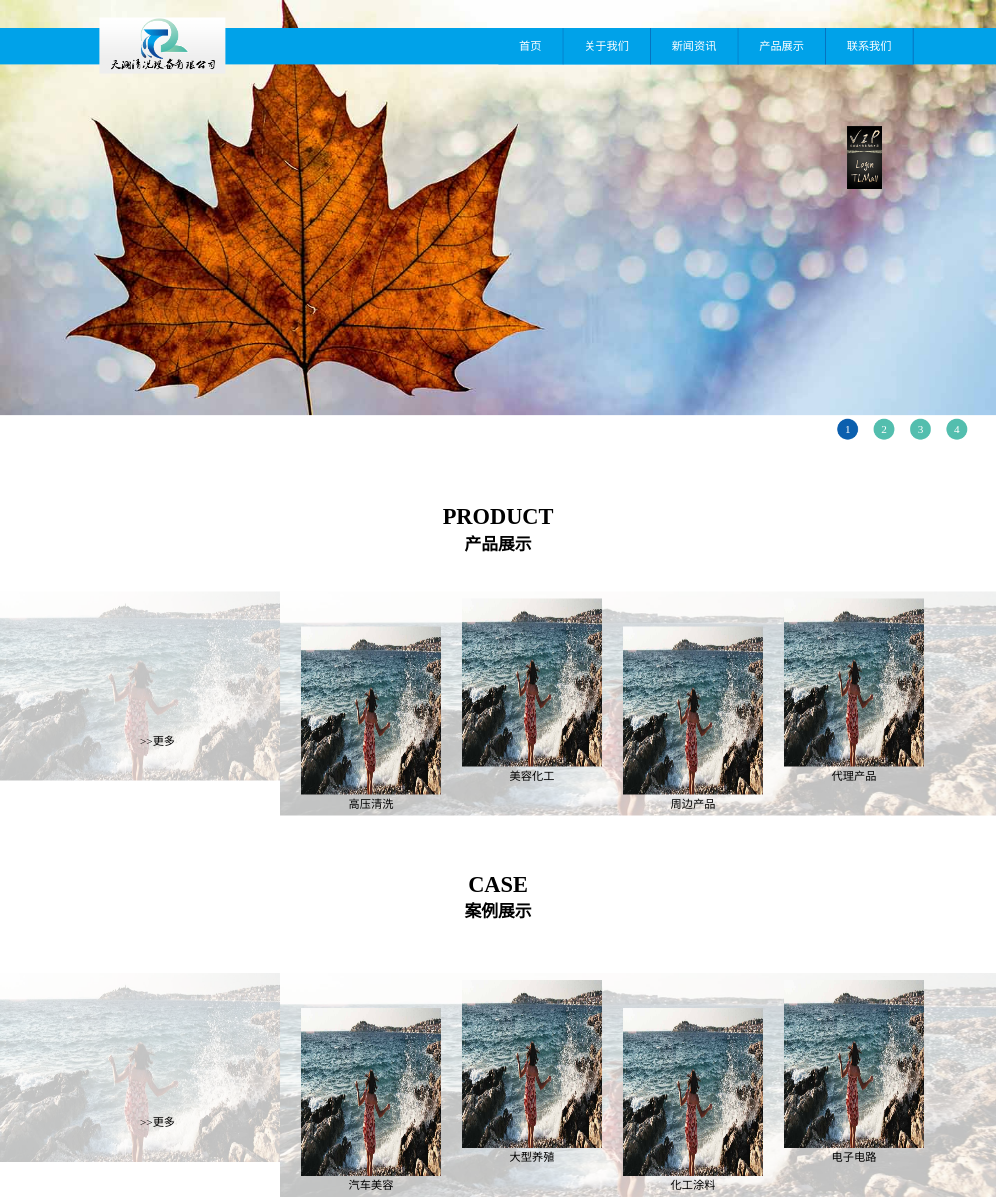
Repository: LansV/web
Page: tlweb/WebContent/index.html
The author's editor kept a copy of each file at every save. The page is drawn from the files as they stood at one save, then again after the next save.
The browser window is 1280 px wide. The page is 1423 px wide, so the pictures cover 1423 px, including what lies to the right of the window. The pictures show the part of the page from y = 0 to 1720 px (the page is 3200 px tall), at 70% of full size.
Some web libraries are served in a nearby version.

Above is the page before, as saved 2017-07-11 04:14:24.

### tlweb/WebContent/index.html
<!DOCTYPE html PUBLIC "-//W3C//DTD XHTML 1.0 Transitional//EN" "http://www.w3.org/TR/xhtml1/DTD/xhtml1-transitional.dtd">
<html xmlns="http://www.w3.org/1999/xhtml">
<head>
<meta http-equiv="Content-Type" content="text/html; charset=utf-8" />
<link rel="stylesheet" type="text/css" href="Css/index.css">
<script type="text/javascript" src="http://ajax.aspnetcdn.com/ajax/jQuery/jquery-1.8.0.js"> </script>
<script type="text/javascript" >
/* var curIndex=0;
//时间间隔(单位毫秒)，每秒钟显示一张，数组共有5张图片放在Photos文件夹下。
//var timeInterval=3000;
var arr=new Array();
arr[0]="pic/1.jpg";
arr[1]="pic/2.jpg";
arr[2]="pic/3.jpg";
arr[3]="pic/4.jpg";
//alert("te");
//初始化定时器
var timer=null;
if(timer){
	clearInterval(timer);
	timer=null;
}
timer = setInterval(autoPlay,2500);
function autoPlay(){
    if (curIndex==arr.length-1)
    {
        curIndex=0;
    }
    else
    {
        curIndex+=1;
    }
    //调用变换处理函数
    changeImg(curIndex);
  }
   // clearInterval(timer);
  //清除定时器时候的重置定时器--封装
/* function autoChangeAgain(){
	var autoChange = setInterval(function(){
    if (curIndex==arr.length-1)
    {
        curIndex=0;
    }
    else
    {
        curIndex+=1;
    }
    //调用变换处理函数
    changeImg(curIndex);
  },2500);

}
function mouseOver(obj)
{
	var num=obj.innerHTML-1;
	var liarr=document.getElementById("indexList").getElementsByTagName("li");
	liarr[curIndex].style.backgroundImage="url(pic/indexbg.png)";
	curIndex=num;
	changeImg(curIndex);
	window.clearInterval(autoChange);
}
function mouseOut()
{
	autoChangeAgain();
}
function changeImg(num)
{
	try{
		var liarr=document.getElementById("indexList").getElementsByTagName("li");
		//alert(liarr[num].innerHTML);
		var n=num-1;
		//removeClass(liarr[num],"indexOn");
        //addClass(liarr[num+1],"indexOn");
		if(n<0){
			n=3;
		}
		liarr[n].style.backgroundImage="url(pic/indexbg.png)";
		liarr[num].style.backgroundImage="url(pic/indexs.png)";
	}catch(err){
		alert(err.message);
	}
    var obj=document.getElementById("obj");
    obj.src=arr[num];

} */
$(document).ready(function(){
	var curIndex=0;
	//时间间隔(单位毫秒)，每秒钟显示一张，数组共有5张图片放在Photos文件夹下。
	//var timeInterval=3000;
	var arr=new Array();
	arr[0]="pic/1.jpg";
	arr[1]="pic/2.jpg";
	arr[2]="pic/3.jpg";
	arr[3]="pic/4.jpg";
	//alert("te");
	//初始化定时器
	var timer=null;
	if(timer){
		clearInterval(timer);
		timer=null;
	}
	timer = setInterval(autoPlay,2500);
	function autoPlay(){
	    if (curIndex==arr.length-1)
	    {
	        curIndex=0;
	    }
	    else
	    {
	        curIndex+=1;
	    }
	    //调用变换处理函数
	    changeImg(curIndex);
	  }
	$("#obj").mouseover(function(){
		//alert("te");
		clearInterval(timer);
	});
	$("#obj").mouseout(function(){
		//alert("te");
		timer = setInterval(autoPlay,2500);
	});
	//alert(arr.length);
	for(var i=0;i<arr.length;i++){
		var li=document.getElementById("indexList").getElementsByTagName("li");
		li[i].onmouseover=function(){
			clearInterval(timer);
			var lit=document.getElementById("indexList").getElementsByTagName("li");
			lit[curIndex].style.backgroundImage="url(pic/indexbg.png)";
			curIndex=$(this).index();
			changeImg($(this).index());
			//alert($(this).index());
		}
		li[i].onmouseout=function(){
			timer = setInterval(autoPlay,2500);
		}
		if(i==0){
			li[i].style.backgroundImage="url(pic/indexs.png)";
		}else{
			li[i].style.backgroundImage="url(pic/indexbg.png)";
		}
	}
	function changeImg(num)
	{
		try{
			var liarr=document.getElementById("indexList").getElementsByTagName("li");
			var n=num-1;
			if(n<0){
				n=3;
			}
			liarr[n].style.backgroundImage="url(pic/indexbg.png)";
			liarr[num].style.backgroundImage="url(pic/indexs.png)";
		}catch(err){
			alert(err.message);
		}
	    var obj=document.getElementById("obj");
	    obj.src=arr[num];
	}
	//alert("te");
});

</script>
<title>天澜公司首页</title>
</head>
<body oncontextmenu=self.event.returnValue=false onselectstart="return false">
    <div id="allcenter" >
    <div id="flo">
       <a href="Login.jsp"><img id="login" src="pic/Login.jpg" /></a>
    </div>
	 <div id="top">
            <img id="obj" src="pic/1.jpg" />
            <div id="cindex">
              <ul id="indexList">
            	<li class="indexOn" >1</li>
                <li>2</li>
                <li>3</li>
                <li>4</li>
              </ul>
            </div>
            <div id="header">
                <ul>
                    <li><a href="">首页</a></li>
                    <li><a href="">关于我们</a></li>
                    <li><a href="">新闻资讯</a></li>
                    <li><a href="">产品展示</a></li>
                    <li><a href="">联系我们</a></li>
                </ul>
            </div>
            <div id="logo">
                <img src="pic/logo.png" />
            </div>
        </div>



        <div id="producttext">
            <div id="centtext">
                <h1>PRODUCT</h1>
                <h2>产品展示</h2>
            </div>
        </div>



        <div id="promain">
          <div id="promore">
            <img class="mimg" src="pic/2.jpg" alt="Pineapple">
            <div id="more" >
            <a href="">>>更多</a>
            </div>
         </div>
         <div id="propic" >
            <img class="mimg" src="pic/2.jpg" alt="Pineapple">
            <div id="zl1">
            <a class="zla" href=""><img class="zlimg" src="pic/2.jpg" alt="Pineapple">高压清洗</a>
            </div>
            <div id="zl2">
            <a class="zla" href=""><img class="zlimg" src="pic/2.jpg" alt="Pineapple">美容化工</a>
            </div>
            <div id="zl3">
            <a class="zla" href=""><img class="zlimg" src="pic/2.jpg" alt="Pineapple">周边产品</a>
            </div>
            <div id="zl4">
            <a class="zla" href=""><img class="zlimg" src="pic/2.jpg" alt="Pineapple">代理产品</a>
            </div>
         </div>
        </div>



        <div id="casetext">
            <div id="centtext">
                <h1>CASE</h1>
                <h2>案例展示</h2>
            </div>
        </div>



        <div id="casemain">
          <div id="promore">
            <img class="mimg" src="pic/2.jpg" alt="Pineapple">
            <div id="more" >
            <a href="">>>更多</a>
            </div>
         </div>
         <div id="propic" >
            <img class="mimg" src="pic/2.jpg" alt="Pineapple">
            <div id="zl1">
            <a class="zla" href=""><img class="zlimg" src="pic/2.jpg" alt="Pineapple">汽车美容</a>
            </div>
            <div id="zl2">
            <a class="zla" href=""><img class="zlimg" src="pic/2.jpg" alt="Pineapple">大型养殖</a>
            </div>
            <div id="zl3">
            <a class="zla" href=""><img class="zlimg" src="pic/2.jpg" alt="Pineapple">化工涂料</a>
            </div>
            <div id="zl4">
            <a class="zla" href=""><img class="zlimg" src="pic/2.jpg" alt="Pineapple">电子电路</a>
            </div>
         </div>
        </div>





         <div id="abouttext">
            <div id="centtext">
                <h1>ABOUT US</h1>
                <h2>关于我们</h2>
            </div>
        </div>





        <div id="aboutmain">
       	 <img class="mimg" src="pic/2.jpg" alt="Pineapple">
            <div id="aboutcompany">
                <div id="more" >
                <a href="">>>更多</a>
                </div>
            	 <img class="nimg" src="pic/2.jpg" alt="Pineapple">
            </div>
            <div id="support">
           		<a  href=""><img class="nimg" src="pic/2.jpg" alt="Pineapple"></a>
            </div>
        </div>




          <div id="conttext">
            <div id="centtext">
                <h1>CONTACT US</h1>
                <h2>联系我们</h2>
            </div>
        </div>


        <div id="contactmain">
        	<div id="contactimg">
            	<img class="mimg" src="pic/2.jpg" alt="Pineapple">
            </div>
        	<div id="contacttext">
                <h3>江门市天澜清洗设备有限公司</h3>
                <br>
                <h5>地址：广东省江门市蓬江区潮连坦边方岳里一巷一号</h5>
                <h5>电话：0750-6223608    传真：0750-6623608</h5>
                <h5>网址：www.jmtlcm.com</h5>
                <h5>邮箱：476394162@qq.com</h5>
            </div>
        </div>



        <div id="foot">
        </div>
    </div>

</body>
</html>

### tlweb/WebContent/Css/index.css
@charset "utf-8";
/* CSS Document */
body {
	margin:0 auto;
	padding:auto;
	text-align:center;

}
#allcenter{
position: relative;
width: 1423px;
 	margin:0 auto;
background-color:#aaa;
	text-align:center;
}
#flo{
	position:fixed;
	top:180px;
	right:20px;
	width:50px;
	height:90px;
	background:#00a2e9;
	z-index:99;
}
#login{
	width:100%;
	height:100%;
}
#logo{
	position: absolute;
	z-index:4;
	top: 25px;
	left: 10%;
	width: 180px;
	height:80px;
	background:#ffffff;
}
#logo img{
	width:100%;
	height:100%;
}
#header{
	position: absolute;
	z-index:3;
	top: 40px;
	width: 1423px;
	min-width:1240px;
	height:52px;
	background:#00a2e9;
}
#header ul{
	float:left;
	padding:0; /* 将默认的内边距去掉 */
	margin:0; /* 将默认的外边距去掉 */
	margin-left:50%;
	list-style:none;
}
#header li{
	float:left;

}
#header li a{
	padding:0; /* 将默认的内边距去掉 */
	margin:0; /* 将默认的外边距去掉 */
	display:block; /* 将链接设为块级元素 */
	padding:0px 30px; /* 设置内边距 */
	line-height:52px;
	background:#00a2e9; /* 设置背景色 */
	text-decoration:none; /* 去掉下划线 */
	border-right:1px solid #0b5fae; /* 在左侧加上分隔线 */
	color:#fff;

}
#header li a:hover {
	background:#53beae; /* 变换背景色 */
	/*color:#fff;  变换文字颜色 */
}
#cindex{
	position: absolute;
	z-index:3;
	top: 650px;
	width: 1423px;
	min-width:1240px;
}
#indexList{
	list-style:none;
	float:right;
	position: absolute;
	right: 20px;
	bottom: 5px;
	z-index: 30
}
#indexList li{
	float: left;
	margin-right: 20px;
	background-image:url(pic/indexbg.png);
	background-size:32px 32px;
	line-height:32px;
	width:32px;
	height:32px;
	cursor: pointer;
	color:#FFF;
}
#indexList .indexOn{
	background-image:url(pic/indexs.png);
}
#top{
	float:left;
	height:650px;
	position: absolute;
	z-index:2;
	top: 0px;
	left: 0px;
	width:1423px;
}
#top img{
	max-width:1423px;
}
#producttext{
	top: 650px;
	position: absolute;
	width:1423px;
	text-align:center;
	z-index:2;
}
#centtext{
	margin:70px;
}
#centtext h1,h2{
	padding:0; /* 将默认的内边距去掉 */
	margin:0; /* 将默认的外边距去掉 */
	display:block; /* 将链接设为块级元素 */
}
#promain{
	top: 845px;
	position: absolute;
	height:320px;
	width:1423px;
	z-index:2;
}
#promore{
	position: absolute;
	height:270px;
	width:400px;
	text-align:left;
	min-width:300px;
	z-index:1;
}
.mimg{
	/*
	-webkit-filter: blur(4px);
    -moz-filter: blur(4px);
    -ms-filter: blur(4px);
    -o-filter: blur(4px);
    filter: blur(4px); */
	height:100%;
	opacity:0.25;
	width:100%;
	position: absolute;
	z-index:1;
}
#more{
	position: absolute;
	top:200px;
	left:200px;
	z-index:3;
}
#more a{
	color:#000;
	text-decoration:none;
}
.zla{
	color:#000;
	text-decoration:none;
}
#propic{
	float:right;
	left:400px;
	position: absolute;
	width:1023px;
	text-align:left;
	min-width:775px;
	height:320px;
	z-index:2;
}
#zl1{
	text-align:center;
	top:50px;
	left:30px;
	position: absolute;
	width:200px;
	height:260px;
	z-index:3;
}
#zl2{
	text-align:center;
	top:10px;
	left:260px;
	position: absolute;
	width:200px;
	height:260px;
	z-index:3;
}
#zl3{
	text-align:center;
	top:50px;
	left:490px;
	position: absolute;
	width:200px;
	height:260px;
	z-index:3;
}
#zl4{
	text-align:center;
	top:10px;
	left:720px;
	position: absolute;
	width:200px;
	height:260px;
	z-index:3;
}
.zlimg{
	width:200px;
	height:240px;
}
#casetext{
	top:1175px;
	position: absolute;
	width:1423px;
}
#casemain{
	top: 1390px;
	text-align:left;
	position: absolute;
	width:1423px;
	height:320px;
}
#abouttext{
	top:1720px;
	position: absolute;
	width:1423px;
	text-align:center;
	z-index:2;
}
#aboutmain{
	top: 1930px;
	position: absolute;
	text-align:left;
	height:350px;
	width:1423px;
	z-index:2;
}
#aboutcompany{
	top:20px;
	left:200px;
	position: absolute;
	text-align:left;
	background:#fff;
	height:310px;
	width:450px;
}
#support{
	top:20px;
	left:800px;
	text-align:left;
	position: absolute;
	background:#fff;
	height:310px;
	width:200px;
	}
#conttext{
	top:2290px;
	position: absolute;
	width:1423px;
	text-align:center;
	z-index:2;
}
#contactmain{
	top: 2500px;
	position: absolute;
	text-align:center;
	height:500px;
	width:1423px;
	z-index:1;
}
.nimg{
	position: absolute;
	height:100%;
	width:100%;
	z-index:1;
}
#contactimg{
	text-align:left;
}
#contacttext{
	position: absolute;
	margin-left:38.6%;
	margin-top:115px;
	z-index:2;
}
#foot{
	top: 3000px;
	position: absolute;
	background:#00a2e9;
	height:200px;
	width:1423px;
	z-index:2;
}

After the next save:
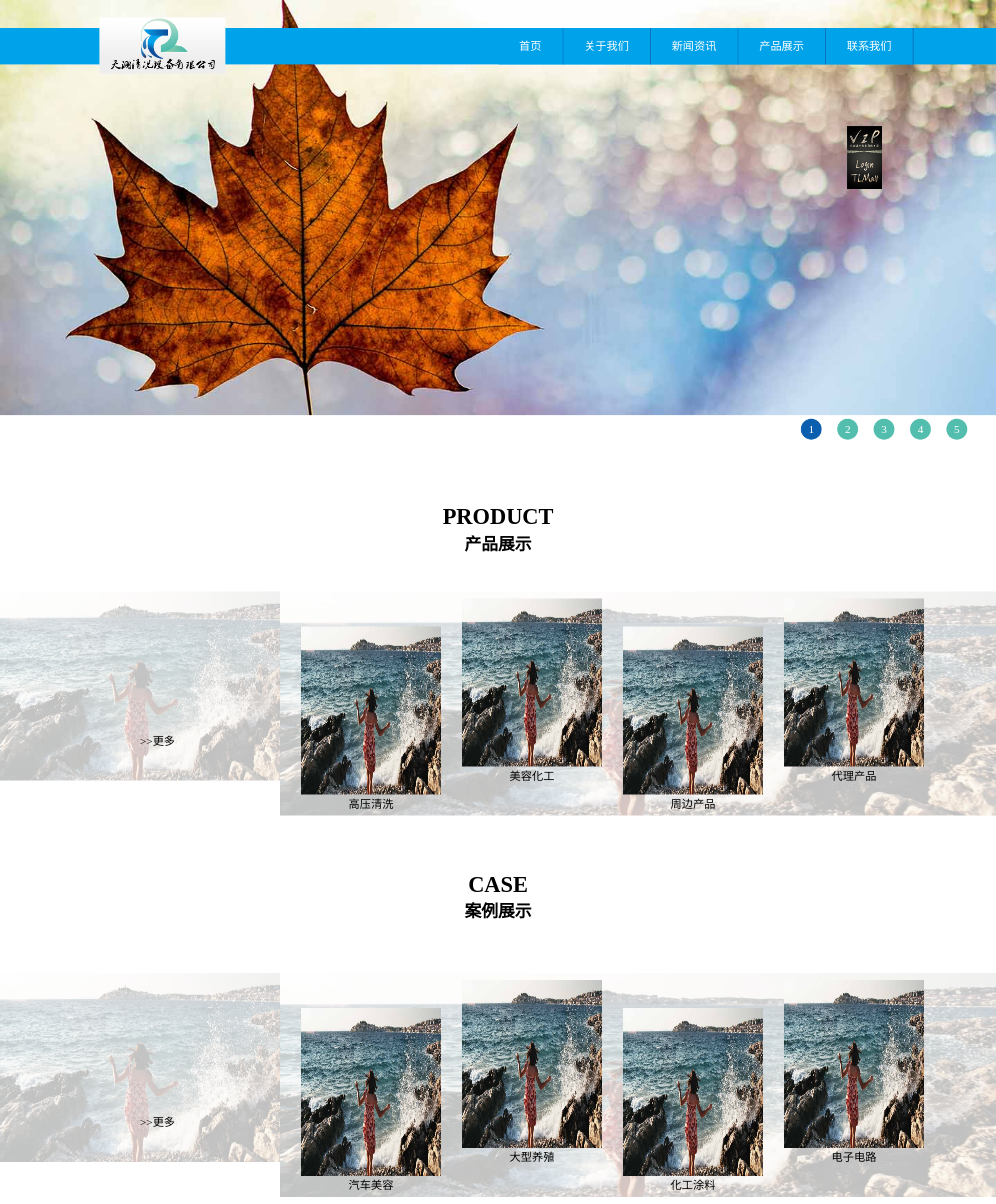
Saved 2 min 42 s later.
--- a/tlweb/WebContent/index.html
+++ b/tlweb/WebContent/index.html
@@ -92,6 +92,7 @@
 	arr[1]="pic/2.jpg";
 	arr[2]="pic/3.jpg";
 	arr[3]="pic/4.jpg";
+	arr[4]="pic/4.jpg";
 	//alert("te");
 	//初始化定时器
 	var timer=null;
@@ -175,6 +176,7 @@
                 <li>2</li>
                 <li>3</li>
                 <li>4</li>
+                <li>5</li>
               </ul>
             </div>
             <div id="header">

After the 4 saves that followed:
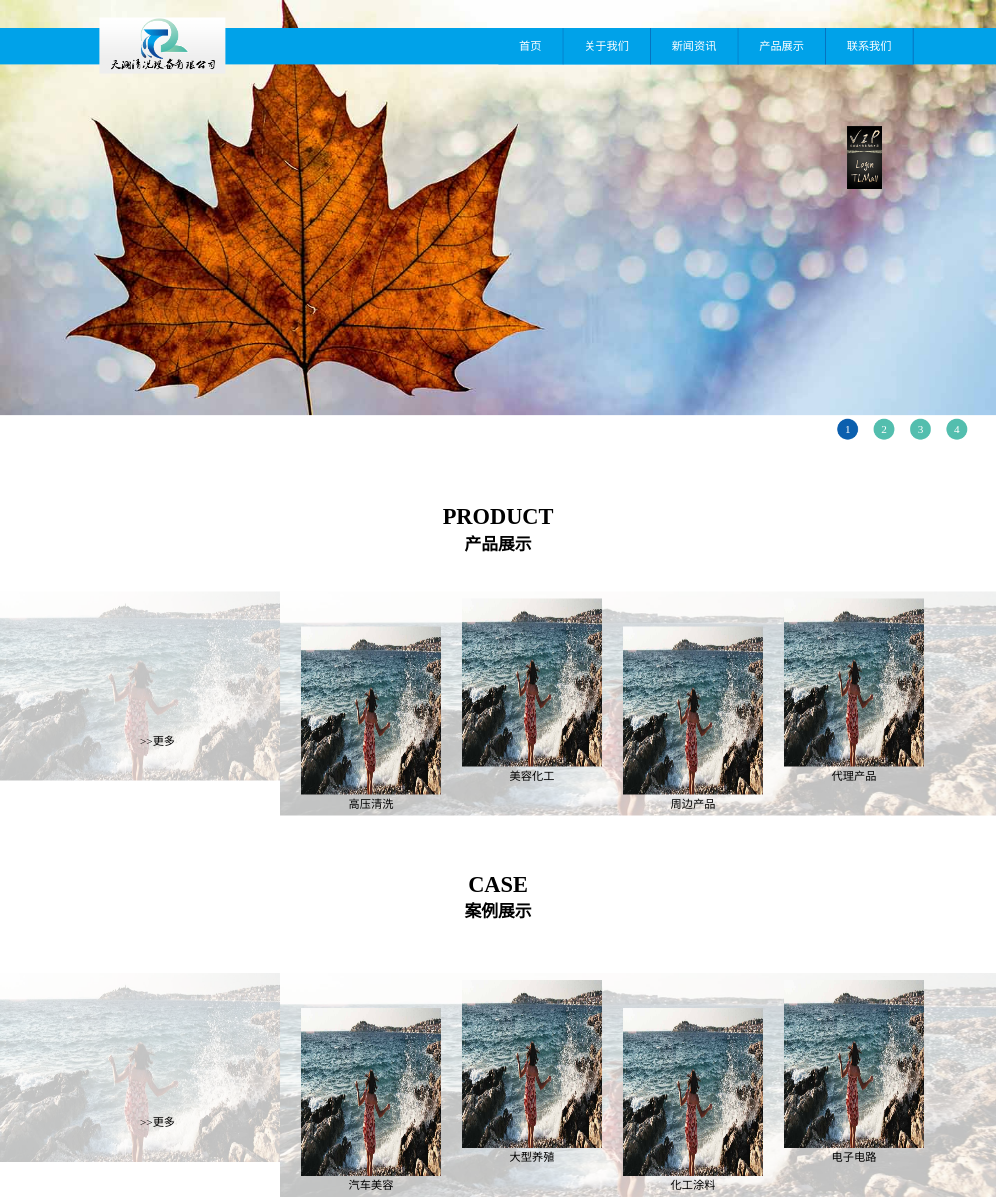
The 4 saves are shown as one change because 3 left the picture as it was.
The last was saved 3 min 37 s later.
--- a/tlweb/WebContent/index.html
+++ b/tlweb/WebContent/index.html
@@ -92,7 +92,6 @@
 	arr[1]="pic/2.jpg";
 	arr[2]="pic/3.jpg";
 	arr[3]="pic/4.jpg";
-	arr[4]="pic/4.jpg";
 	//alert("te");
 	//初始化定时器
 	var timer=null;
@@ -147,7 +146,7 @@
 			var liarr=document.getElementById("indexList").getElementsByTagName("li");
 			var n=num-1;
 			if(n<0){
-				n=3;
+				n=arr.length-1;
 			}
 			liarr[n].style.backgroundImage="url(pic/indexbg.png)";
 			liarr[num].style.backgroundImage="url(pic/indexs.png)";
@@ -176,7 +175,6 @@
                 <li>2</li>
                 <li>3</li>
                 <li>4</li>
-                <li>5</li>
               </ul>
             </div>
             <div id="header">
